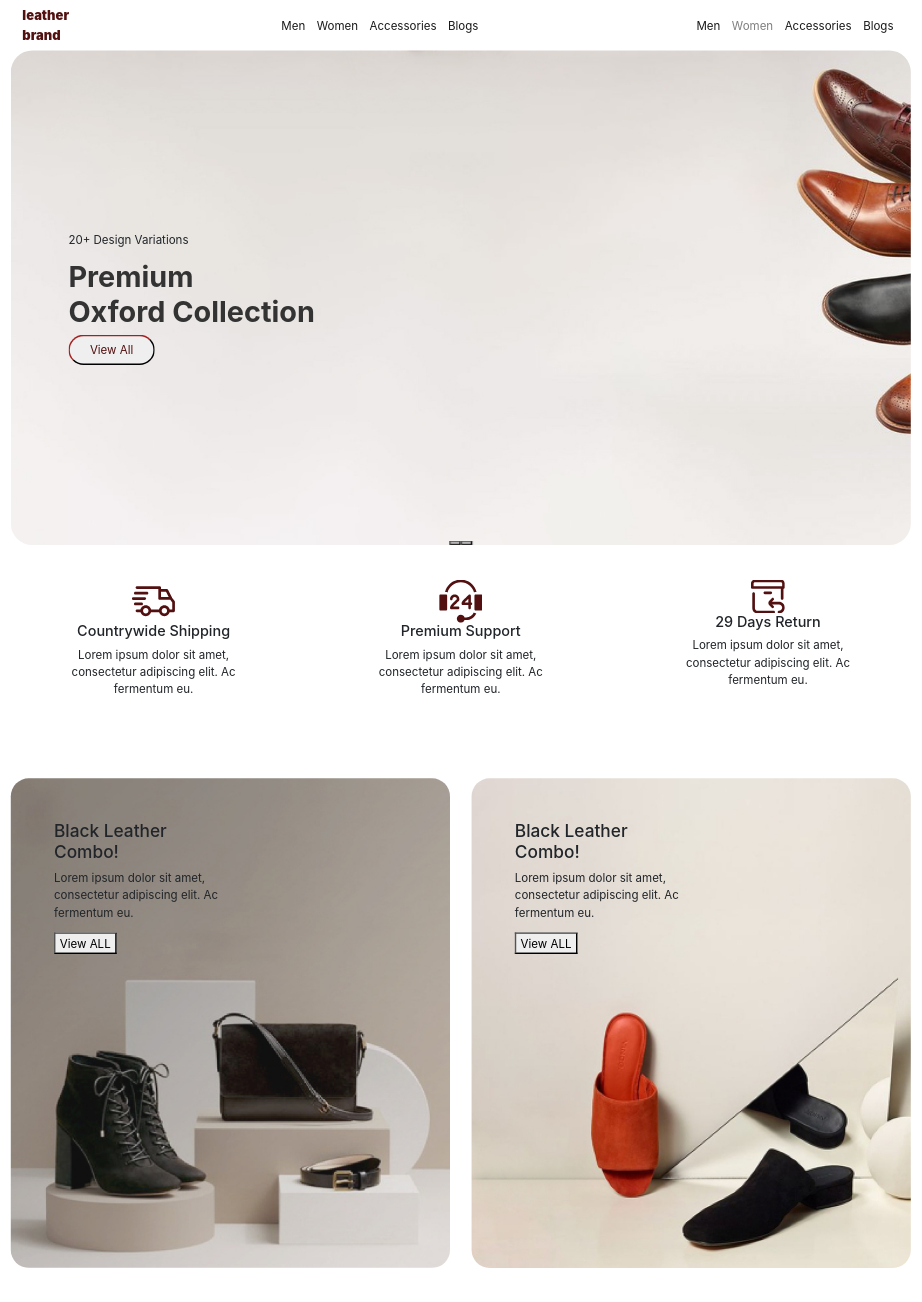
Repository: arif286/fashion-house
Page: /
The author's editor kept a copy of each file at every save. The page is drawn from the files as they stood at one save, then again after the next save.
The browser window is 1280 px wide. The pictures show the whole page, at 72% of full size.
The project was rebuilt for these pictures with package versions that can differ from the ones it lists, and the page was loaded fresh each time. The framework's server and built-in components were replaced by stand-ins that run in the browser. Also part of the build but not shown: nuxt.config.js, components/Contact.vue, components/DisplayCollection.vue, components/Footer.vue, components/NuxtLogo.vue, components/Products.vue, components/Tutorial.vue.

Above is the page before, as saved 2021-07-12 05:25:06.

### components/Nav.vue
<template>
  <nav class="navbar container navbar-expand-lg navbar-light">
    <div class="container-fluid">
      <div class="nav-title">
        <span>leather</span>
        <br />
        <span>brand</span>
      </div>
      <button
        class="navbar-toggler"
        type="button"
        data-bs-toggle="collapse"
        data-bs-target="#navbarSupportedContent"
        aria-controls="navbarSupportedContent"
        aria-expanded="false"
        aria-label="Toggle navigation"
      >
        <span class="navbar-toggler-icon"></span>
      </button>
      <div id="navbarSupportedContent" class="collapse navbar-collapse">
        <div class="d-flex justify-content-center w-100">
          <ul class="navbar-nav mb-2 mb-lg-0">
            <li class="nav-item">
              <a class="nav-link active" aria-current="page" href="#">Men</a>
            </li>
            <li class="nav-item">
              <a class="nav-link active" href="#">Women</a>
            </li>
            <li class="nav-item">
              <a class="nav-link active" href="#"> Accessories </a>
            </li>
            <li class="nav-item">
              <a class="nav-link active" href="#">Blogs</a>
            </li>
          </ul>
        </div>
        <div class="ml-auto">
          <ul class="navbar-nav mb-2 mb-lg-0">
            <li class="nav-item">
              <a class="nav-link active" aria-current="page" href="#">Men</a>
            </li>
            <li class="nav-item">
              <a class="nav-link" href="#">Women</a>
            </li>
            <li class="nav-item">
              <a class="nav-link active" href="#"> Accessories </a>
            </li>
            <li class="nav-item">
              <a class="nav-link active" href="#">Blogs</a>
            </li>
          </ul>
        </div>
      </div>
    </div>
  </nav>
</template>

<script></script>
<style scoped>
.nav-title {
  color: #521010;
  font-weight: 900;
  font-size: 18px;
}
.nav-title:hover {
  color: #521010;
  font-weight: bold;
}
.nav-item a {
  color: #000;
}
</style>

### components/NewCollection.vue
<template>
  <div class="container">
    <div class="row">
      <div
        v-for="item in collections"
        :key="item.id"
        class="col-md-6 col-12 mb-5"
      >
        <div class="card-content" :class="item.class">
          <div class="card-body">
            <h4>{{ item.title }}</h4>
            <p>{{ item.text }}</p>
            <button>View ALL</button>
          </div>
        </div>
      </div>
    </div>
  </div>
</template>
<script>
export default {
  props: {
    collections: {
      type: Array,
      required: true,
    },
  },
}
</script>
<style>
.newArrival {
  background-image: url('@/assets/Images/newarrivals1.png');
}
.promo {
  background-image: url('@/assets/Images/promo.png');
}
.card-content {
  background-repeat: no-repeat;
  background-size: cover;
  height: 680px;
  border-radius: 25px;
}
.card-body {
  padding: 60px 0px 0px 60px;
  width: 300px;
}
</style>

### components/Service.vue
<template>
  <div class="container mb-5">
    <div class="row">
      <div
        v-for="service in services"
        :key="service.id"
        class="col-md-4 col-12 mb-5"
      >
        <div class="d-flex justify-content-center">
          <div class="service-box text-center">
            <img :src="require(`@/assets/Images/${service.image}`)" alt="" />
            <h5>{{ service.title }}</h5>
            <p>{{ service.text }}</p>
          </div>
        </div>
      </div>
    </div>
  </div>
</template>

<script>
export default {
  props: {
    services: { type: Array, required: true },
  },
}
</script>
<style>
.service-box {
  width: 250px;
}
</style>

### components/Slider.vue
<template>
  <div class="container mb-5">
    <div
      id="carouselExampleIndicators"
      class="carousel slide"
      data-bs-ride="carousel"
    >
      <div class="carousel-indicators">
        <button
          type="button"
          data-bs-target="#carouselExampleIndicators"
          data-bs-slide-to="0"
          class="active"
          aria-current="true"
          aria-label="Slide 1"
        ></button>
        <button
          type="button"
          data-bs-target="#carouselExampleIndicators"
          data-bs-slide-to="1"
          aria-label="Slide 2"
        ></button>
      </div>
      <div class="carousel-inner">
        <div class="carousel-item active d-flex align-items-center">
          <div class="slider-content">
            <p>20+ Design Variations</p>
            <h1>
              Premium
              <br />
              Oxford Collection
            </h1>
            <button>View All</button>
          </div>
        </div>
        <div class="carousel-item">
          <div class="slider-content">
            <p>20+ Design Variations</p>
            <h1>
              Premium
              <br />
              Oxford Collection
            </h1>
            <button>View All</button>
          </div>
        </div>
      </div>
    </div>
  </div>
</template>

<script></script>
<style>
.carousel-item {
  background-image: url('@/assets/Images/hero1.png');
  background-repeat: no-repeat;
  width: 100%;
  background-size: cover;
  height: 687px;
  border-radius: 30px;
}
.slider-content {
  margin-left: 80px;
}
.slider-content h1 {
  color: #333333;
  font-weight: 700;
}
.slider-content button {
  border-radius: 30px;
  width: 120px;
  padding: 7px 15px;
  border-color: #521010;
  color: #521010;
}
</style>

### pages/index.vue
<template>
  <div>
    <Nav />
    <Slider />
    <Service :services="serviceData" />
    <NewCollection :collections="collections" />
  </div>
</template>

<script>
import { serviceData, newCollectionData } from '@/assets/data.js'
export default {
  data() {
    return {
      serviceData,
      collections: newCollectionData,
    }
  },
}
</script>
<style>
@import url('https://fonts.googleapis.com/css2?family=Roboto:ital,wght@0,100;0,300;0,400;0,500;0,700;0,900;1,100;1,300;1,400;1,500;1,700;1,900&display=swap');

.body {
  font-family: 'Roboto', sans-serif;
}
.container {
  max-width: 1780px;
}
</style>

### assets/data.js
export const serviceData = [
  {
    id: 1,
    image: 'delivery.svg',
    title: 'Countrywide Shipping',
    text: 'Lorem ipsum dolor sit amet, consectetur adipiscing elit. Ac fermentum eu.',
  },
  {
    id: 2,
    image: 'call-center.svg',
    title: 'Premium Support',
    text: 'Lorem ipsum dolor sit amet, consectetur adipiscing elit. Ac fermentum eu.',
  },
  {
    id: 3,
    image: 'return.svg',
    title: '29 Days Return',
    text: 'Lorem ipsum dolor sit amet, consectetur adipiscing elit. Ac fermentum eu.'
  }
]

export const newCollectionData = [
  {
    id: 2,
    class: 'newArrival',
    title: 'Black Leather Combo!',
    text: 'Lorem ipsum dolor sit amet, consectetur adipiscing elit. Ac fermentum eu.',
  },
  {
    id: 3,
    class: 'promo',
    title: 'Black Leather Combo!',
    text: 'Lorem ipsum dolor sit amet, consectetur adipiscing elit. Ac fermentum eu.',
  }
]

After the next save:
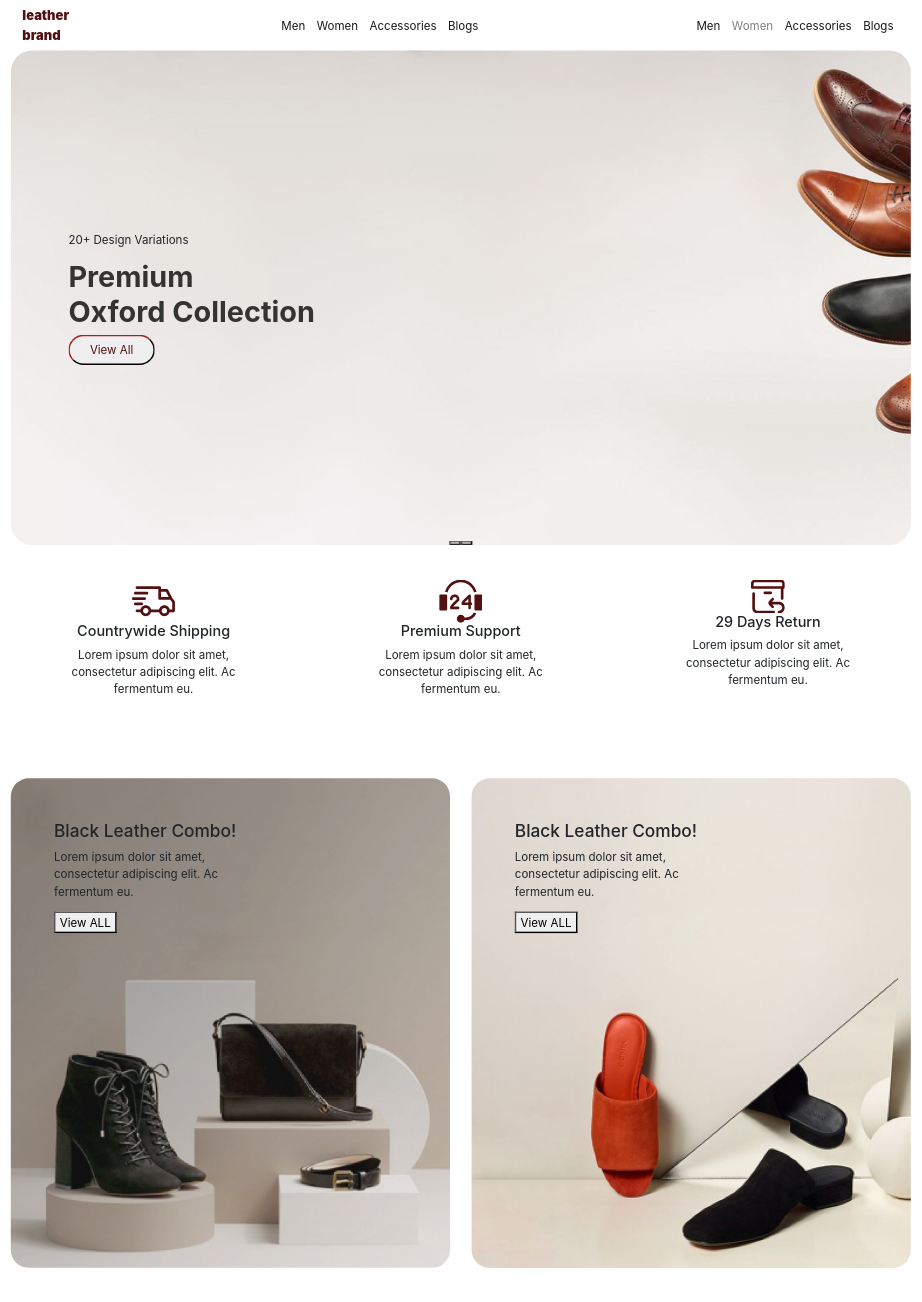
Saved 7 s later.
--- a/components/NewCollection.vue
+++ b/components/NewCollection.vue
@@ -42,6 +42,6 @@ export default {
 }
 .card-body {
   padding: 60px 0px 0px 60px;
-  width: 300px;
+  width: 320px;
 }
 </style>
